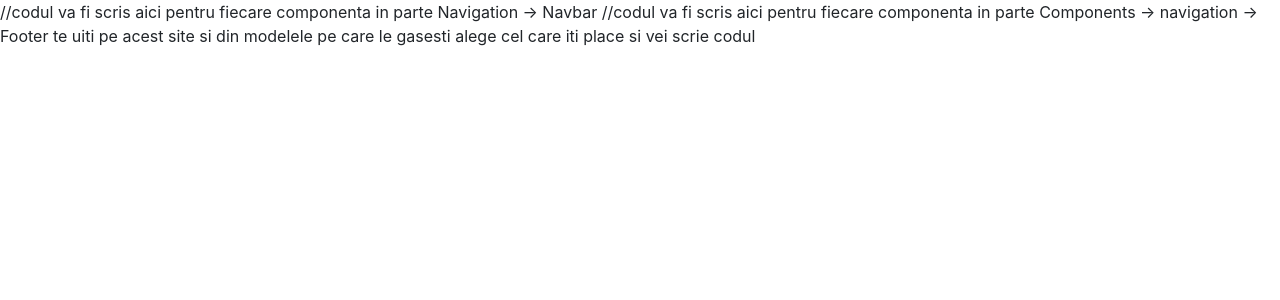
Repository: nicolasolo/bitesizecoding.space
Page: index.html
The author's editor kept a copy of each file at every save. The page is drawn from the files as they stood at one save, then again after the next save.
The browser window is 1280 px wide. The pictures show the whole page.

Above is the page before, as saved 2020-04-09 17:29:11.

After the next save:
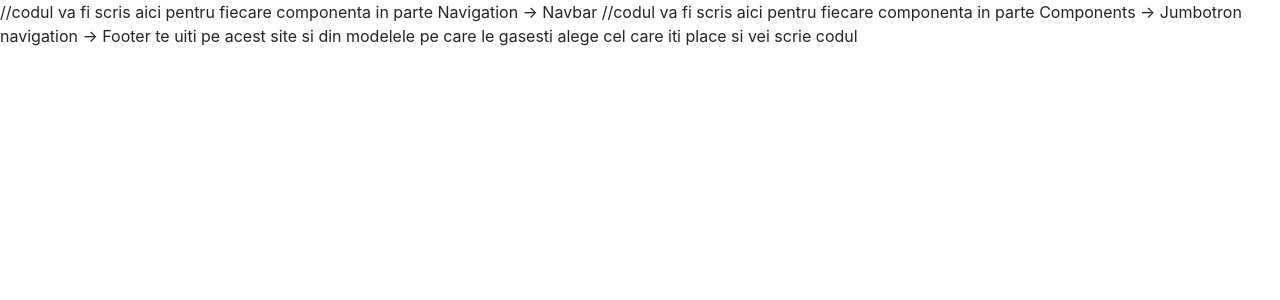
Saved 7 s later.
--- a/index.html
+++ b/index.html
@@ -15,7 +15,7 @@
 Navigation -> Navbar
 <!-- Jumbotron -->
 //codul va fi scris aici pentru fiecare componenta in parte
-Components ->
+Components -> Jumbotron
 <!-- Footer-->
 navigation -> Footer
 te uiti pe acest site si din modelele pe care le gasesti alege cel care iti place
